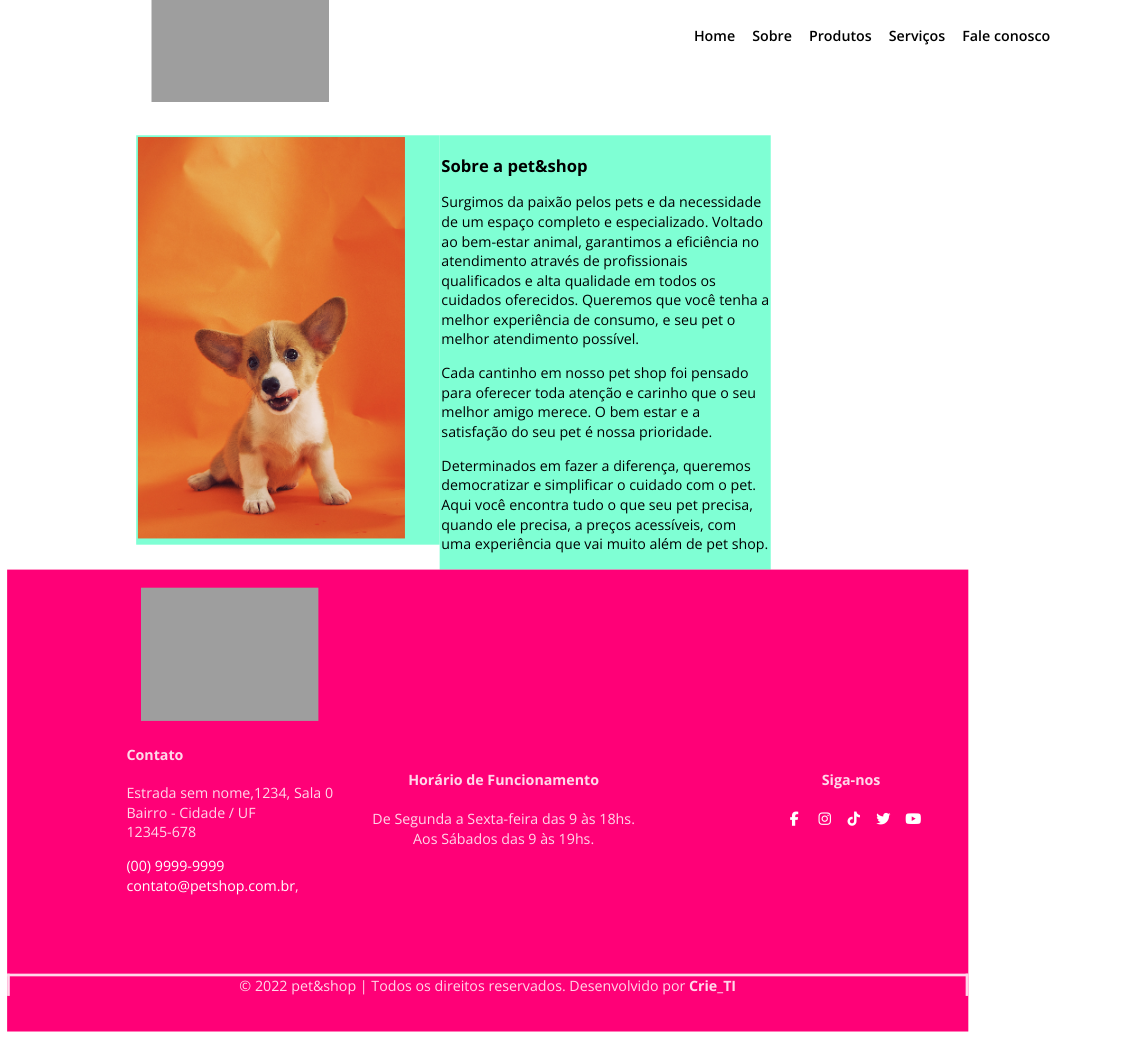
Repository: Iluiscarlos/Projeto-Site-PetShop
Page: About.html
The author's editor kept a copy of each file at every save. The page is drawn from the files as they stood at one save, then again after the next save.
The browser window is 1280 px wide. The pictures show the whole page, at 89% of full size.
Pictures or frames that could not be fetched are drawn as grey boxes. Some web libraries are served in a nearby version.

Above is the page before, as saved 2022-04-24 19:32:12.

### About.html
<!DOCTYPE html>
<html lang="pt-BR">
<head>
  <meta charset="UTF-8">
  <meta name="viewport" content="width=device-width, initial-scale=1.0">
  <meta http-equiv="X-UA-Compatible" content="ie=edge">
  <title>pet&shop</title>
  <script src="https://kit.fontawesome.com/2c48374459.js" crossorigin="anonymous"></script>
  <link rel="preconnect" href="https://fonts.googleapis.com">
  <link rel="preconnect" href="https://fonts.gstatic.com" crossorigin>
  <link href="https://fonts.googleapis.com/css2?family=Open+Sans:wght@400;500;600;700&display=swap" rel="stylesheet">

<style>

    .banner {
    width: 100%;
    height: 600px;
    margin-top: 40px;
    object-fit: cover;
    }

    header {
      display: flex;
      align-items: center;
      justify-content: space-between;
      padding: 0 20px;
      position: fixed;
      top: 0;
      left: 0;
      right: 0;
      background-color: #ffffff;
      height: 80px;
    }

    .brand-name {
      color: #ff0077;
      margin-right: 20px;
      font-family: 'Open Sans', sans-serif;
    }

    .brand-name a {
      color: inherit;
      text-decoration: none;
      width: 16px;
    }
    .font {
      font-family: 'Open Sans', sans-serif;
      font-weight: 100;
      font-size: medium;
    }
    .font-description {
      font-family: 'Open Sans', sans-serif;
      font-weight: 100;
      color: gray;
      text-decoration: none;
    }
    .row {
      margin: 45px;
    }

    .column {
      width: 35%;
      display: inline-block;
      float: left;
      padding: 2px;
      margin-left: auto;
      margin-right: auto;
      box-sizing: border-box;
      background-color: aquamarine;
    }

    .container {
      width: 1000px;
      max-width: 100%;
      margin-left: auto;
      margin-right: auto;
    }

    .logo{
      width: 200px;
      height: 150px;
      padding-left: 150px;
    }

    .logo-about {
      width: 200px;
      height: 150px;
    }

    .navi {
      color: black;
      padding-right: 80px;
      justify-content: space-between;
      display: inline-block;
    }
    .navi a {
      color: black;
      font-family: 'Open Sans', sans-serif;
      font-weight: 600;
      padding-inline-start: 15px;
      text-decoration: none;
      height: 80px;
    }

    a:active {
      background-color: #ff0077;
      align-self: stretch;
    }

    a:focus {
      background-color: #ff0077;
    }
    a::selection{
      background-color: #ff0077;
      color: #ffffff;
    }

    a::before {
      color: #ff0077;
    }

    #contacts{
      font-family: 'Open Sans', sans-serif;
      font-weight: 100;
      font-size: 16px;
      color: #ffd8ea;
      text-decoration: none;
      margin-left: 5%;
      padding-left: 80px;
    }

    .section-contacts{
      background-color: #ff0077;
      color:#ffd8ea;
      padding-top: 20px;
      padding-bottom: 40px;
      display: inline-block;
      margin-left: auto;
      margin-right: auto;
      text-align:left;
    }

    .column-contacts{
      width: 35%;
      display: inline-block;
      padding: 20px;
      box-sizing: border-box;
      text-decoration: none
    }

    .open-time{
      font-family: 'Open Sans', sans-serif;
      text-align: center;
      display: inline-block;
      font-weight: lighter;
      font-size: 16px;
      color:#ffd8ea;
      float: left;
      margin-left: 38%;
      margin-top: -15%;
    }

    .redes{
      font-family: 'Open Sans', sans-serif;
      font-size: 16px;
      text-align: center;
      display: inline-block;
      color:#ffd8ea;
      float: left;
      margin-left: 80%;
      margin-top: -15%;
    }

    .redes i {
      color:#ffffff;
      font-size: 1rem;
      padding-bottom: 15px;
    }

    .row-rede {
      margin: -10px;
    }

    .column-rede {
      width: 15%;
      display: inline-block;

      padding: 10px;
      box-sizing: border-box;
    }

    .footer{
      text-align: center;
      border-style: solid;
      border-bottom: #ffffff;
    }

    .about{
        color: black;
        margin: 100px;
        text-rendering: auto;
        vertical-align: top;
    }

    .about-img{
        width: 300px;

    }
</style>
</head>
<body>
  <section class="font">
    <header>
        <img class="logo" id="home" src="logo-colored.svg"><a href="#banner"></a>
    <nav class="navi">
        <a href="#home">Home</a>
        <a href="#about">Sobre</a>
        <a href="#products">Produtos</a>
        <a href="#service">Serviços</a>
        <a href="#contact">Fale conosco</a>
    </nav>
    </header>
    <br/>
    <br/>
    <main>
    <section id="about" class="about">

        <div class="row">
        <div class="column">
        <img class="about-img" src="about.jpg">
        </div>
        </div>
        <div class="column">
            <h1><b>Sobre a pet&shop</b></h1>
            <p>Surgimos da paixão pelos pets e da necessidade de um espaço completo e especializado. Voltado ao bem-estar animal, garantimos a eficiência no atendimento através de profissionais qualificados e alta qualidade em todos os cuidados oferecidos. Queremos que você tenha a melhor experiência de consumo, e seu pet o melhor atendimento possível.</br>
            <p>Cada cantinho em nosso pet shop foi pensado para oferecer toda atenção e carinho que o seu melhor amigo merece. O bem estar e a satisfação do seu pet é nossa prioridade.</br>
            <p>Determinados em fazer a diferença, queremos democratizar e simplificar o cuidado com o pet. Aqui você encontra tudo o que seu pet precisa, quando ele precisa, a preços acessíveis, com uma experiência que vai muito além de pet shop.</p>
    </div>
        </div>
    </section>
    </main>
<br/>
<br/>
<section class="section-contacts">
    <img src="logo-white.svg" class="logo-about" style="padding-left: 150px;">
  <section id="contacts" class="container">
    <div>
    <address>
      <h4 style="font-style:normal;"><b>Contato</b></h4>
      <p style="font-style: normal;";>Estrada sem nome,1234, Sala 0 <br/>
        Bairro - Cidade / UF <br/>
        12345-678</p>
    </address>
    <a href="tel:+550099999999" style="color:#ffffff; text-decoration: none;">(00) 9999-9999</a></br>
    <a href="mailto:contato@petshop.com.br" style="color:#ffffff; text-decoration: none;">contato@petshop.com.br</a>,
    </div>
  </section>
    <div class="open-time">

      <h4 style="text-align: var(contato);">Horário de Funcionamento</h4>
      <p>De Segunda a Sexta-feira das 9 às 18hs.</br>
      Aos Sábados das 9 às 19hs.</p>
    </div>
    <section class="redes">
      <h4 style="text-align: ends;">Siga-nos</h4>
      <div class="row-rede">
        <div class="column-rede">
        <i class="fa-brands fa-facebook-f"></i>
      </div>
      <div class="column-rede">
        <i class="fa-brands fa-instagram"></i>
      </div>
      <div class="column-rede">
        <i class="fa-brands fa-tiktok"></i>
      </div>
      <div class="column-rede">
        <i class="fa-brands fa-twitter"></i>
      </div>
      <div class="column-rede">
        <i class="fa-brands fa-youtube"></i>
      </div>
      </div>
    </section>
    <br/>
    <br/>
    <br/>
    <br/>
    <footer class="footer">
      <span>© 2022 pet&shop | Todos os direitos reservados. Desenvolvido por <b>Crie_TI</b></span>
    </footer>
</section>
</body>
</html>

After the next save:
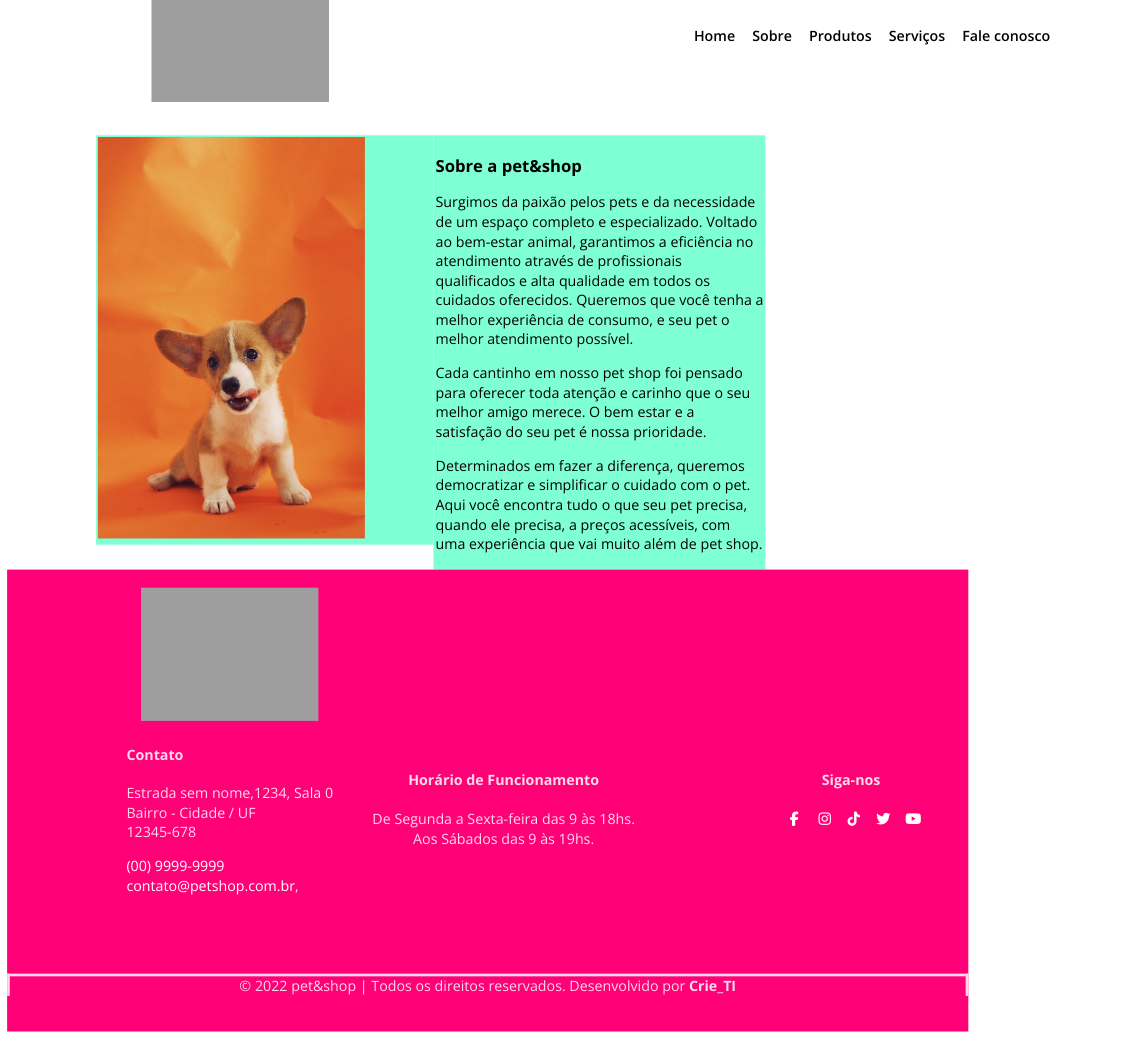
Saved 65 s later.
--- a/About.html
+++ b/About.html
@@ -55,7 +55,10 @@
       text-decoration: none;
     }
     .row {
-      margin: 45px;
+      margin: -20px;
+      padding-top: 20px;
+      padding-bottom: 20px;
+      padding-left: 20px;
     }
 
     .column {
